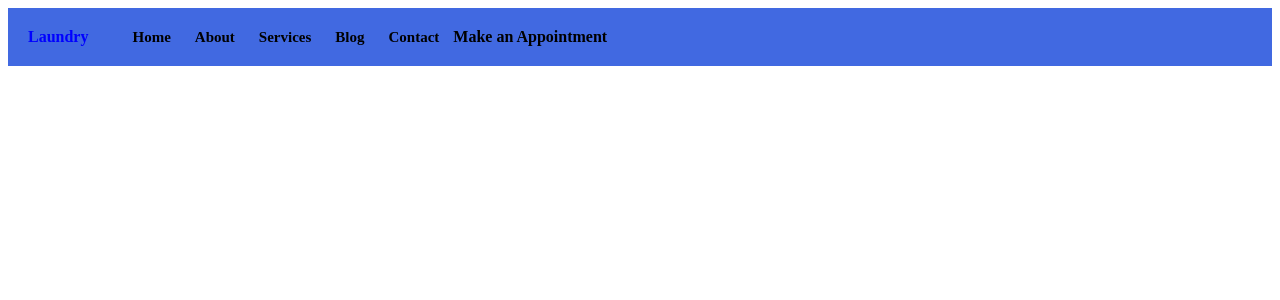
Repository: Tobby004/BDC-Assignment-4
Page: index.html
An editor plug-in stored every save of this project. The page is shown before and after the next save, followed by the edit.
The browser window is 1280 px wide. The pictures show the whole page.

Above is the page before, as saved 2023-03-08 04:21:07.

After the next save:
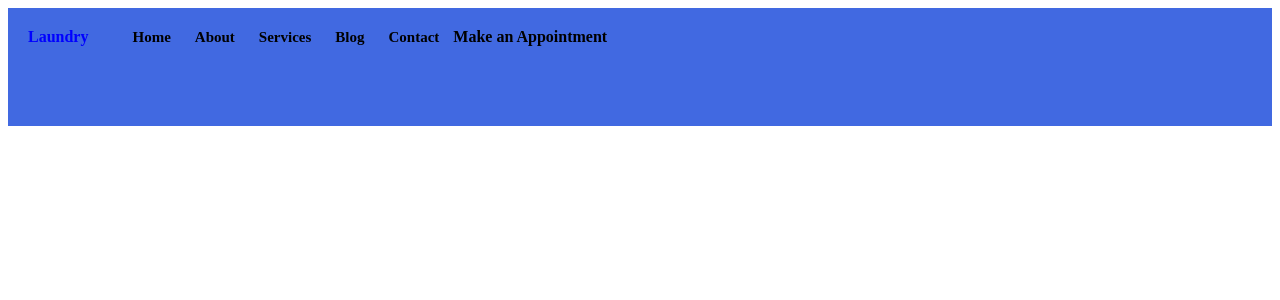
Saved 24 s later.
--- a/task.css
+++ b/task.css
@@ -27,5 +27,5 @@
 .navbar li b {
     color: black;
     display: inline-block;
-    text-align: left;
+    margin-block-end: 60px;
 }

After the save that followed:
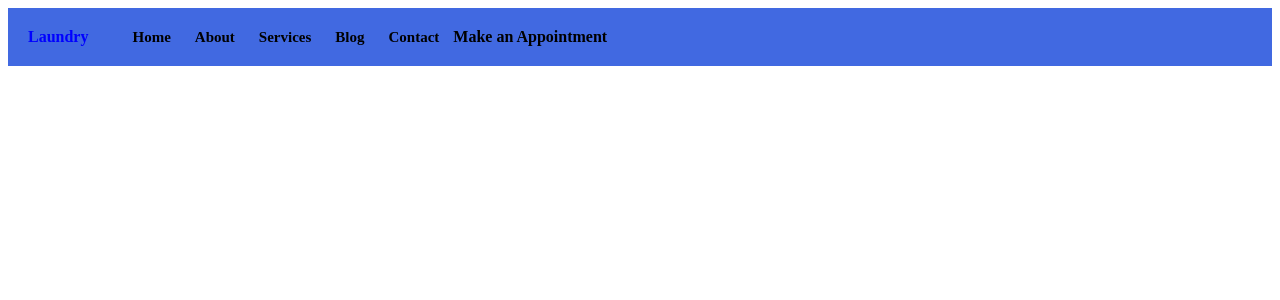
Saved 40 s later.
--- a/task.css
+++ b/task.css
@@ -27,5 +27,5 @@
 .navbar li b {
     color: black;
     display: inline-block;
-    margin-block-end: 60px;
+    margin-right: 40px;
 }
